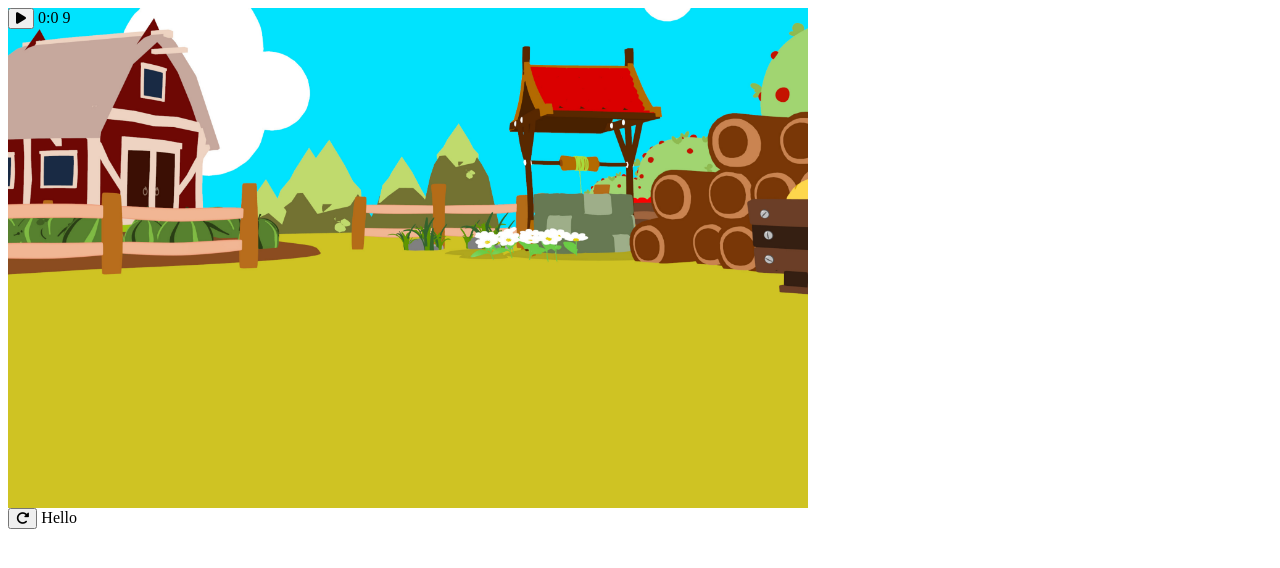
Repository: yoon-dh/JS_Prac
Page: carrot_game/index.html
The author's editor kept a copy of each file at every save. The page is drawn from the files as they stood at one save, then again after the next save.
The browser window is 1280 px wide. The pictures show the whole page.
Some web libraries are served in a nearby version.

Above is the page before, as saved 2023-06-23 21:44:13.

After the next save:
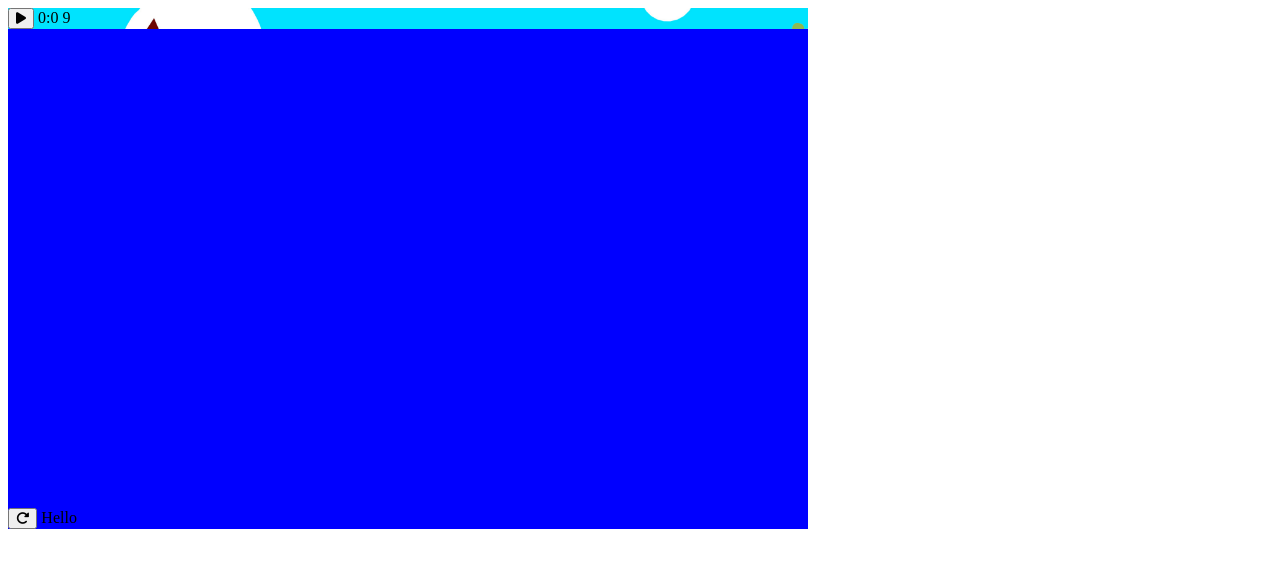
Saved 39 s later.
--- a/carrot_game/style.css
+++ b/carrot_game/style.css
@@ -8,4 +8,7 @@
 }
 
 .game__field {
+  width: 100%;
+  height: 100%;
+  background-color: blue;
 }

After the save that followed:
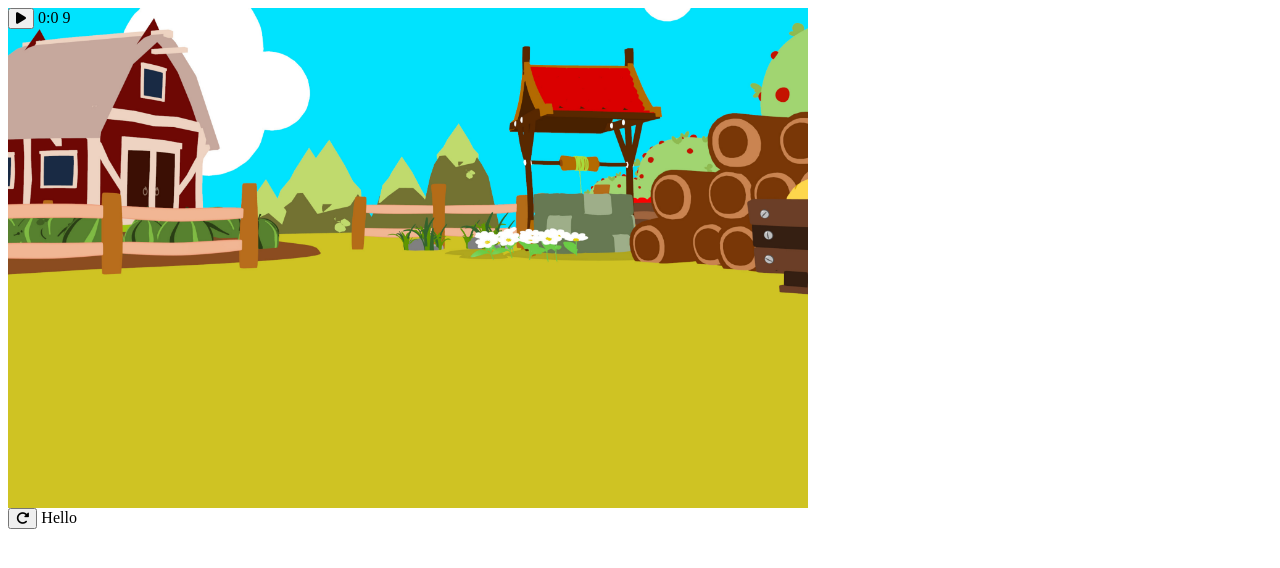
Saved 27 s later.
--- a/carrot_game/style.css
+++ b/carrot_game/style.css
@@ -2,6 +2,8 @@
   width: 800px;
   height: 500px;
   background: url(img/background.png) center/cover;
+  display: flex;
+  flex-direction: column;
 }
 
 .game__header {
@@ -9,6 +11,6 @@
 
 .game__field {
   width: 100%;
-  height: 100%;
+
   background-color: blue;
 }
